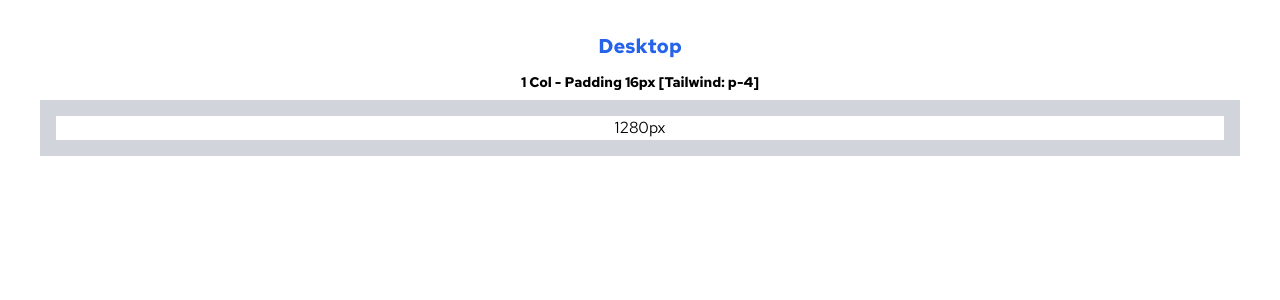
Repository: fabianwurk/vue-tailwind
Page: /
An editor plug-in stored every save of this project. The page is shown before and after the next save, followed by the edit.
The browser window is 1280 px wide. The pictures show the whole page.
The project was rebuilt for these pictures with package versions that can differ from the ones it lists, and the page was loaded fresh each time. Also part of the build but not shown: vite.config.js.

Above is the page before, as saved 2021-03-17 00:07:19.
Console error: TypeError: this.innerWidth is not a function

### index.html
<!DOCTYPE html>
<html lang="en">
  <head>
    <link rel="preconnect" href="https://fonts.gstatic.com">
<link href="https://fonts.googleapis.com/css2?family=Red+Hat+Text:wght@400;700&display=swap" rel="stylesheet">
    <meta charset="UTF-8" />
    <link rel="icon" href="/favicon.ico" />
    <meta name="viewport" content="width=device-width, initial-scale=1.0" />
    <title>Vite App</title>
  </head>
  <body>
    <div id="app"></div>
    <script type="module" src="/src/main.js"></script>
  </body>
</html>

### src/App.vue
<template>
  <Large />
  <!--<Medium />-->
</template>

<script setup>
import Large from './components/Large.vue';
// import Medium from './components/Medium.vue';

</script>

### src/index.css
/* ./src/index.css */
@tailwind base;

body {
  font-family: 'Red Hat Text', sans-serif;
}
@tailwind components;
@tailwind utilities;

### src/components/Large.vue
<template>
  <div>

    <div class="container mx-auto">
      <h2 class="text-sm font-bold mb-2 mt-8 text-center">
        <span class="block md:hidden lg:hidden text-center text-blue-600 text-xl">Mobile</span>
        <span class="hidden md:block lg:hidden text-center text-blue-600 text-xl">Tablet</span>
        <span class="hidden md:hidden lg:block text-center text-blue-600 text-xl my-3">Desktop</span>
        1 Col - Padding 16px [Tailwind: p-4]
      </h2>
      <div class="flex items-center">
        <div class="w-full bg-gray-300 mb-4 mt-0 py-4 px-4 text-center">
          <span class="bg-white w-full block" ref="boxWidth">{{width}}px</span>
        </div>
      </div>
    </div>

  </div>
</template>

<script>
export default {
  data() {
    return {
      width: innerWidth,
    };
  },
  mounted() {
  	this.innerWidth()
  },
  created() {
  window.addEventListener("resize", this.resizeWidthEvent);
  },
  destroyed() {
    window.removeEventListener("resize", this.resizeWidthEvent);
  },
  methods: {
    resizeWidthEvent(e) {
      this.width = this.$refs.boxWidth.clientWidth;
    }
  }
}
</script>

### tailwind.config.js
module.exports = {
  purge: ['./index.html', './src/**/*.{vue,js,ts,jsx,tsx}'],
  darkMode: false, // or 'media' or 'class'
  theme: {
    extend: {
      container: {
        'md': {'max': '768px'},
      },
      screens: {
        'xl': {'min': '1200px', 'max': '1280px'},
        '2xl': {'max': '1280px'},
      },
    },
  },
  variants: {
    extend: {},
  },
  plugins: [],
}

Loaded but not shown: src/main.js (common file)

After the next save:
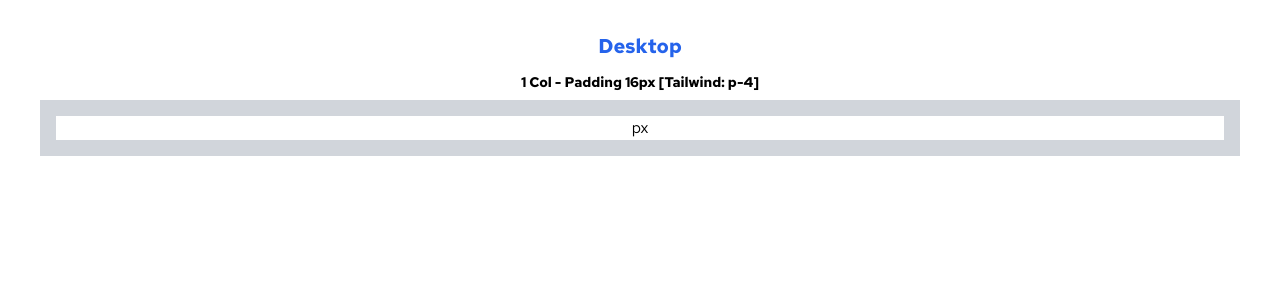
Saved 22 s later.
--- a/src/components/Large.vue
+++ b/src/components/Large.vue
@@ -22,7 +22,7 @@
 export default {
   data() {
     return {
-      width: innerWidth,
+      width: this.innerWidth,
     };
   },
   mounted() {
